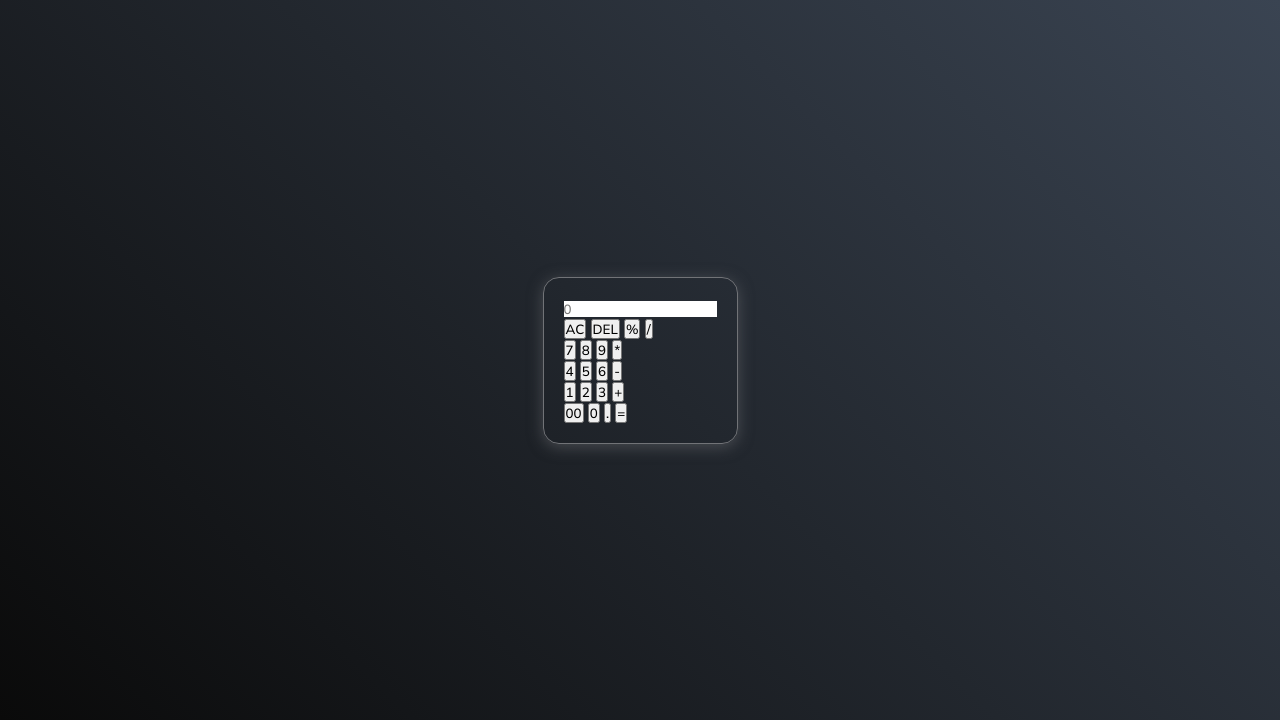
Repository: vaibhav1281/Calculator
Page: index.html
These files come from the project's save history. The page is drawn as it stood at one moment and after a run of saves; the edit follows.
The browser window is 1280 px wide. The pictures show the whole page.

Above is the page before, as saved 2023-05-06 20:06:43.

After the next 2 saves:
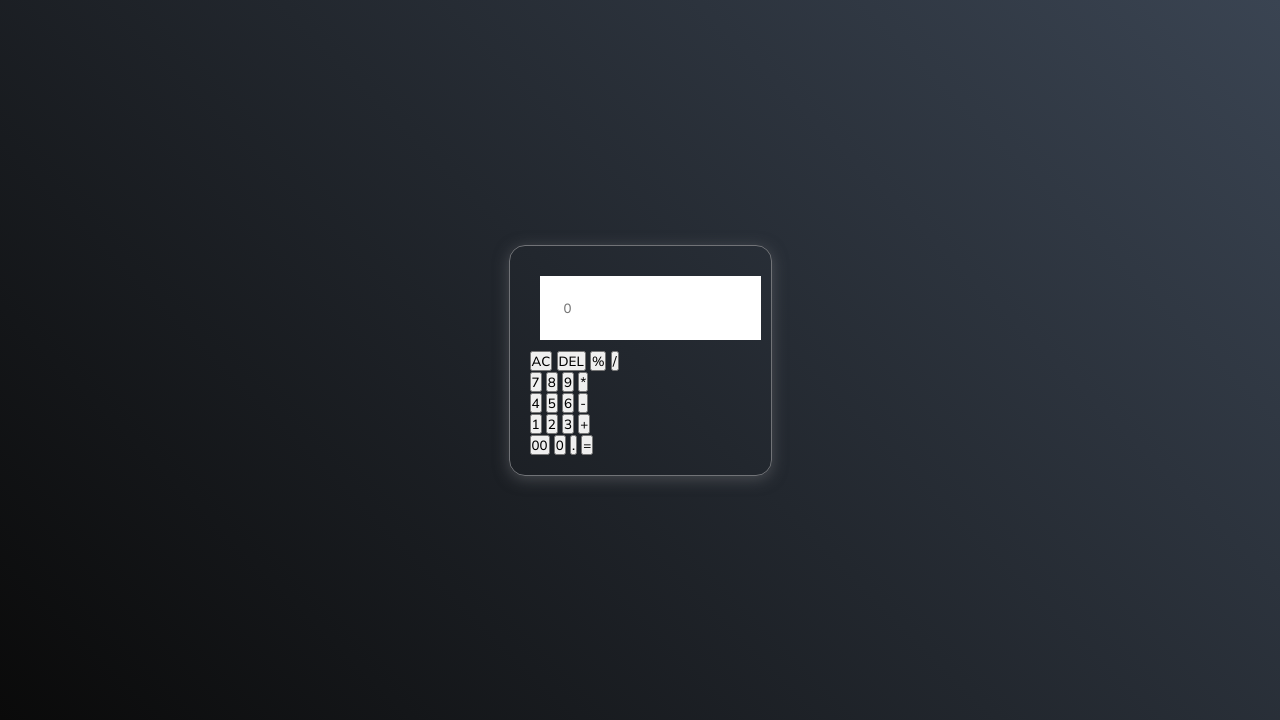
The 2 saves are shown as one change because they came seconds apart.
The last was saved 30 s later.
--- a/styles.css
+++ b/styles.css
@@ -25,8 +25,8 @@
 input{
     width: 100%;
     border: none;
-    /* padding: 24px; */
-    /* margin: 10px; */
+    padding: 24px;
+    margin: 10px;
     /* background: transparent; */
     /* box-shadow: 0px 3px 15px rgbs(84, 84, 84, 0.1); */
     /* font-size: 40px; */
